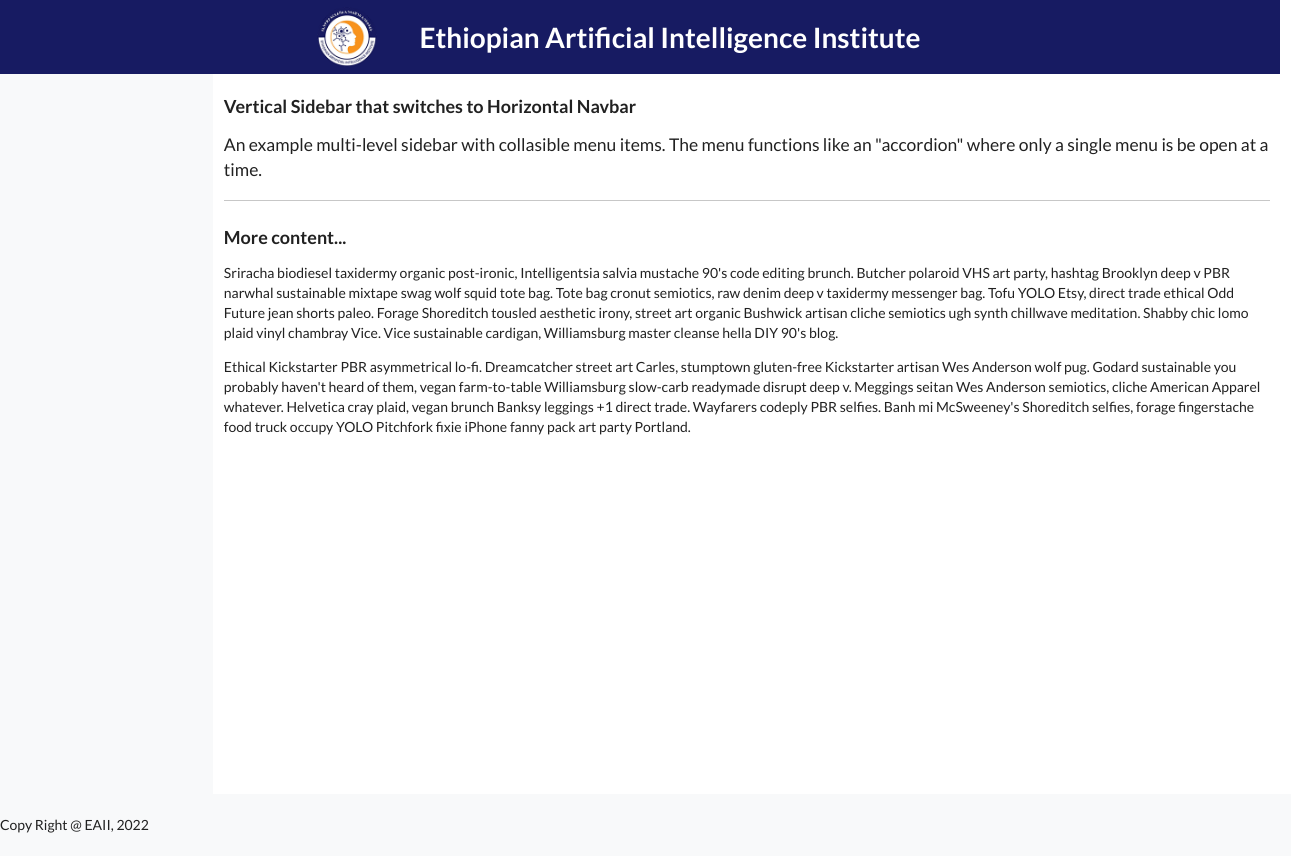
Repository: degagawolde/lung-disease-detection-webapp
Page: http://localhost/
These files come from the project's save history. The page is drawn as it stood at one moment and after the next save; the edit follows.
The browser window is 1280 px wide. The page is 1291 px wide, so the pictures cover 1291 px, including what lies to the right of the window. The pictures show the whole page.
Some web libraries are served in a nearby version. The page is served by the project's application, run on Django 4.2 (manage.py).

Above is the page before, as saved 2022-09-25 17:31:31.

After the next save:
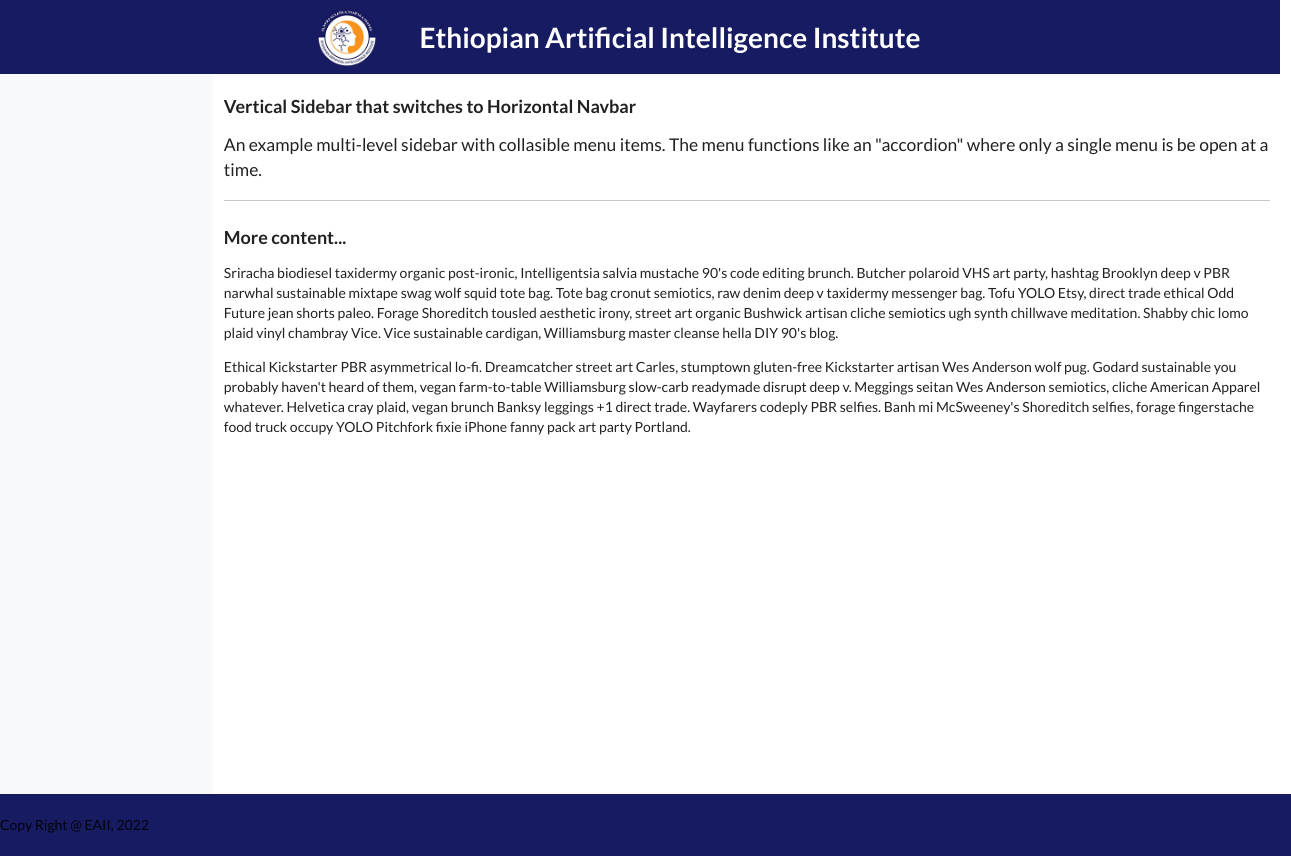
Saved 51 s later.
--- a/templates/index.html
+++ b/templates/index.html
@@ -57,7 +57,7 @@
      {% block content %}
      {% endblock %}
 
-    <footer class="row bg-light py-4 mt-auto">
+    <footer class="row py-4 mt-auto" style="background-color: #171b62;">
         <div class="col"> Copy Right @ EAII, 2022 </div>
     </footer>
 
